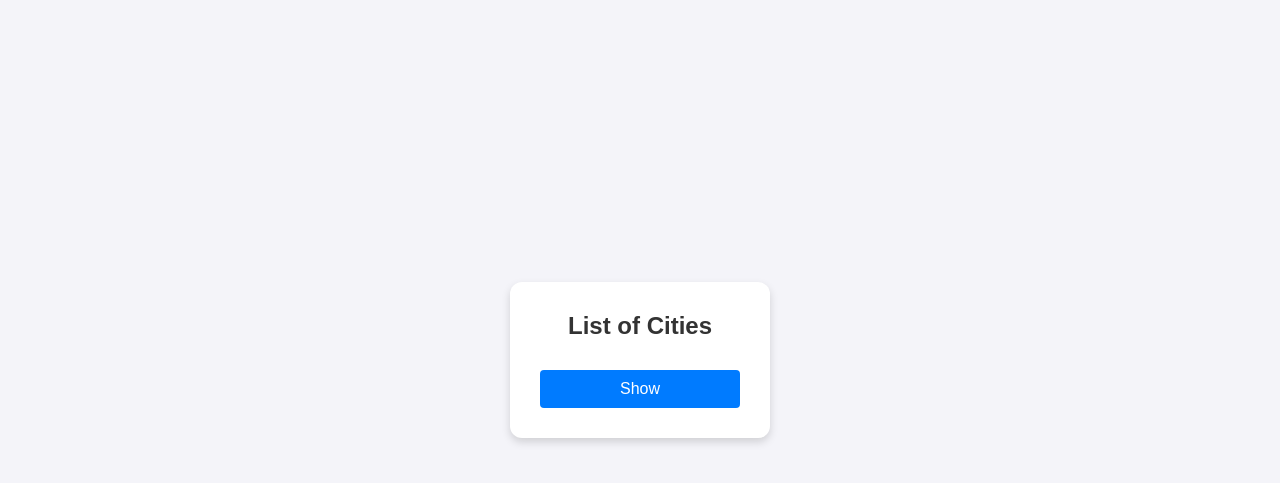
Repository: masonma21/city-list-app
Page: /
An editor plug-in stored every save of this project. The page is shown before and after the next save, followed by the edit.
The browser window is 1280 px wide. The pictures show the whole page.
The project was rebuilt for these pictures with package versions that can differ from the ones it lists, and the page was loaded fresh each time.

Above is the page before, as saved 2024-11-05 19:05:57.

After the next save:
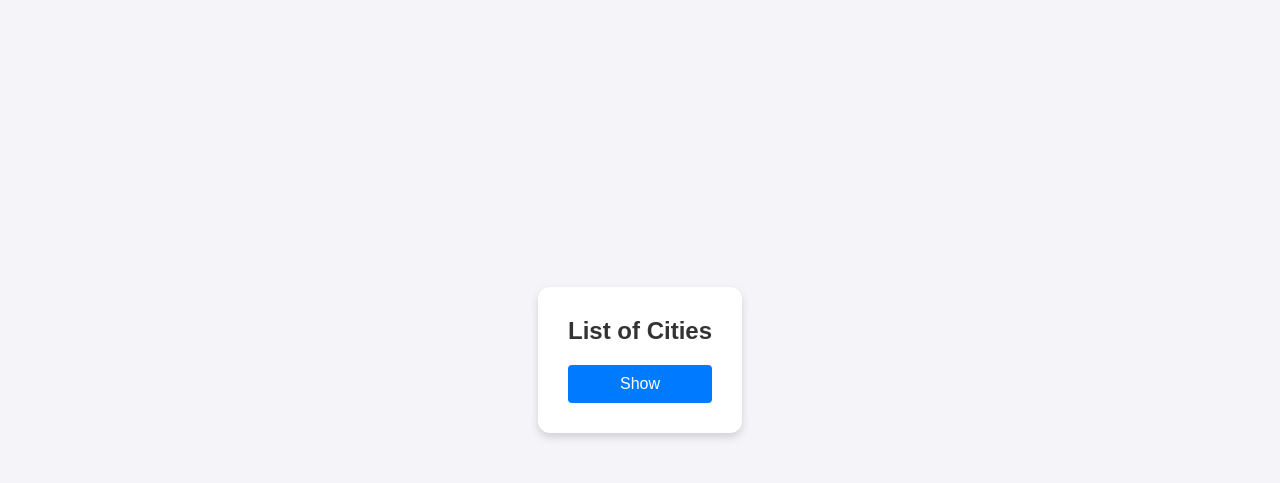
Saved 49 s later.
--- a/src/App.js
+++ b/src/App.js
@@ -66,7 +66,7 @@
       {!showCities && (
         <div className="intro-container">
           <h1 className="intro-title">List of Cities</h1>
-          <button className="display-button" onClick={handleDisplayCities}>
+          <button className="show-button" onClick={handleDisplayCities}>
             Show
           </button>
         </div>

After the save that followed:
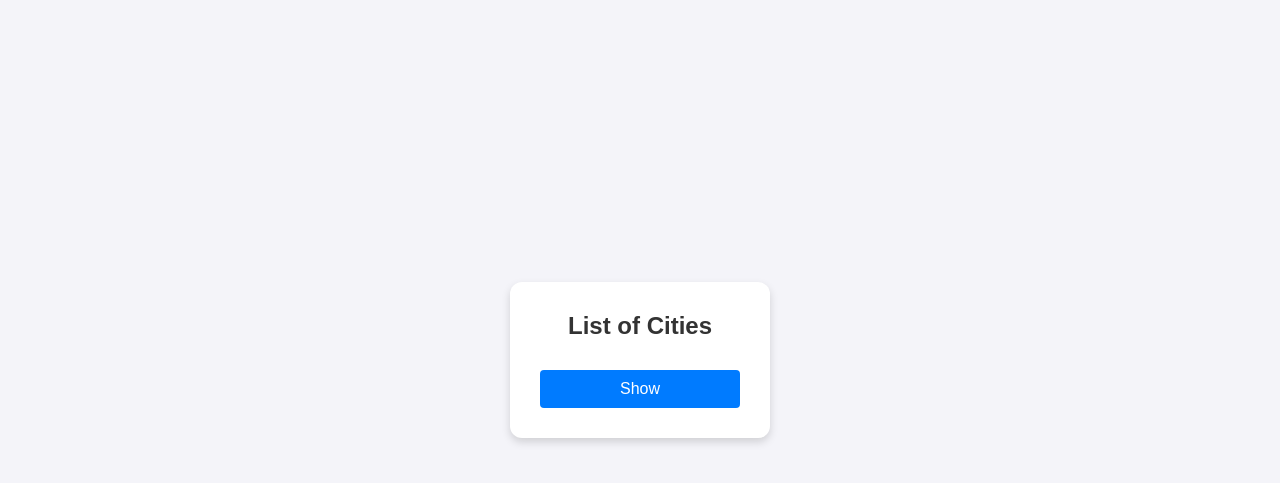
Saved 49 s later.
--- a/src/App.js
+++ b/src/App.js
@@ -66,7 +66,7 @@
       {!showCities && (
         <div className="intro-container">
           <h1 className="intro-title">List of Cities</h1>
-          <button className="show-button" onClick={handleDisplayCities}>
+          <button className="display-button" onClick={handleDisplayCities}>
             Show
           </button>
         </div>
